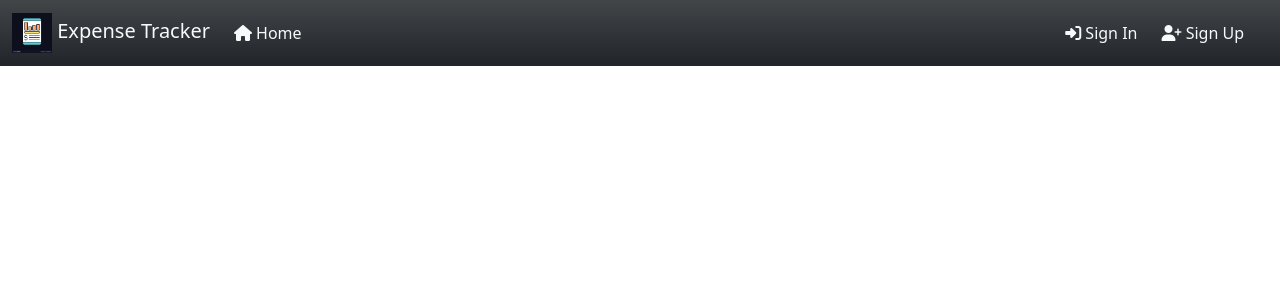
Repository: Gaurav560/OnlineExpenseTracker
Page: http://localhost/Online_Expense_Tracker/
These files come from the project's save history. The page is drawn as it stood at one moment and after the next save; the edit follows.
The browser window is 1280 px wide. The pictures show the whole page.
The page is served by Tomcat 9.

Above is the page before, as saved 2023-05-03 20:36:30.

After the next save:
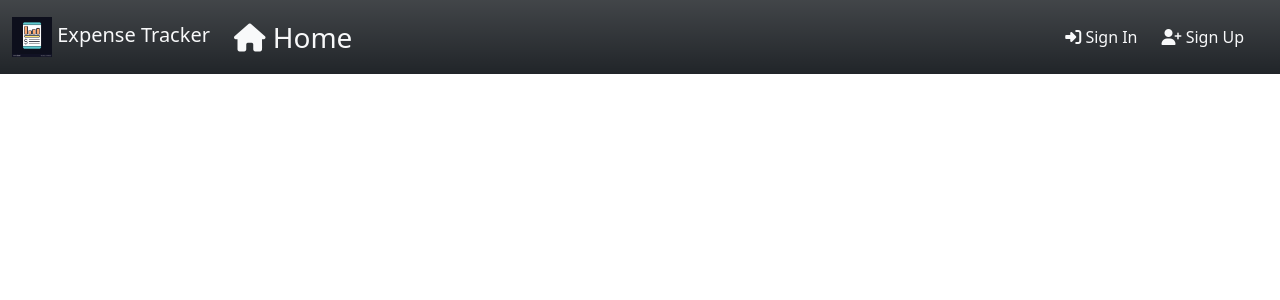
Saved 43 s later.
--- a/Online_Expense_Tracker/src/main/webapp/index.jsp
+++ b/Online_Expense_Tracker/src/main/webapp/index.jsp
@@ -40,7 +40,7 @@
 			<div class="collapse navbar-collapse" id="navbarSupportedContent">
 
 				<ul class="navbar-nav me-auto mb-2 mb-lg-0">
-					<li class="nav-item"><a class="nav-link active text-light"
+					<li class="nav-item"><a class="nav-link active text-light fs-3"
 						aria-current="page" href="#"><i class="fa-solid fa-house"></i>
 							Home</a></li>
 
